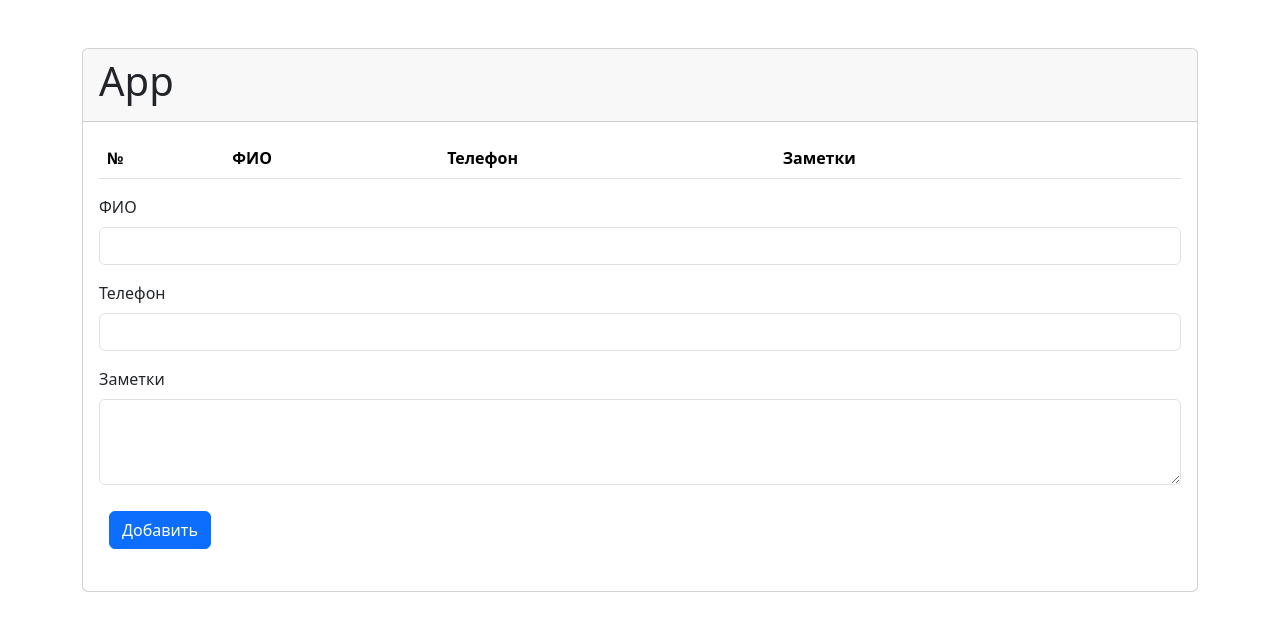
Repository: tatacheba/appstepikjavareact-client
Page: /
These files come from the project's save history. The page is drawn as it stood at one moment and after the next save; the edit follows.
The browser window is 1280 px wide. The pictures show the whole page.
The page's requests for data from a server got no answer. The project was rebuilt for these pictures with package versions that can differ from the ones it lists, and the page was loaded fresh each time. No one was signed in, and anything a server would have sent is missing. Also part of the build but not shown: src/layouts/components/tableView/TableRowItem.js, src/layouts/components/ModalDeleteContact.js.

Above is the page before, as saved 2024-12-16 16:23:08.

After the next save:
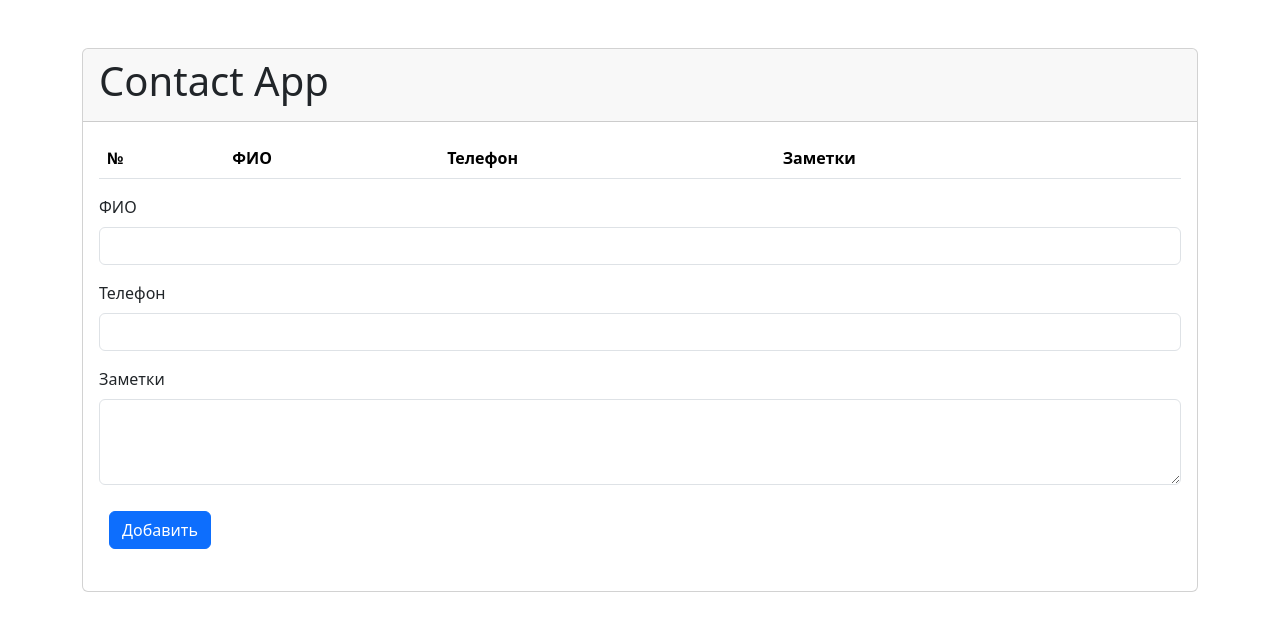
Saved 4 min 2 s later.
--- a/src/App.js
+++ b/src/App.js
@@ -76,7 +76,7 @@ function App() {
         <div className="container mt-5">
             <div className="card">
                 <div className="card-header">
-                    <h1>App</h1>
+                    <h1>Contact App</h1>
                 </div>
                 <div className="card-body">
                     <TablewView
